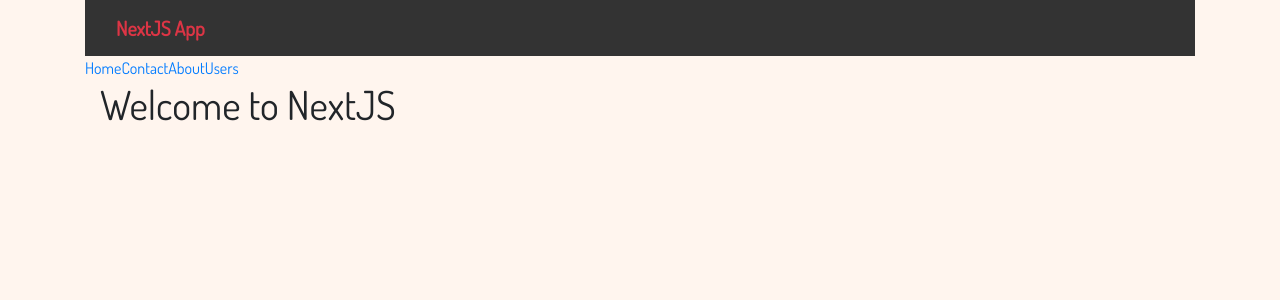
Repository: CaptainStorm21/NextJS-React16
Page: /
The author's editor kept a copy of each file at every save. The page is drawn from the files as they stood at one save, then again after the next save.
The browser window is 1280 px wide. The pictures show the whole page.
The page's requests for data from a server got no answer. The project was rebuilt for these pictures with package versions that can differ from the ones it lists, and the page was loaded fresh each time. The framework's server and built-in components were replaced by stand-ins that run in the browser. No one was signed in, and anything a server would have sent is missing. Also part of the build but not shown: styles/main.css.

Above is the page before, as saved 2020-06-10 17:35:25.

### pages/index.js
import React, { Component } from "react";
import axios from "axios";
import MainLayout from "../components/layouts/MainLayout";
// import '../styles/main.css'
import MyStyle from '../styles/main.css';

export default class Home extends Component {
  static async getInitialProps({ pathname, query, asPath, req, res }) {
    let userData;

    try {
      const response = await axios.get(
        "http://jsonplaceholder.typicode.com/users/1"
      );
      userData = response.data;
      // console.log('getting loaded first')
      // console.log(userData)
    } catch {
      console.log("error");
    }
    // const request = axios.get('http://jsonplaceholder.typicode.com/users/1')
    //   .then(response => {
    //                             console.log(response.data)
    //                           })
    // console.log(context);

    console.log(pathname);
    console.log(res);
    console.log(req);

    return {
      user: {
        name: "Francis",
        lastName: "Medici",
      },
      userData,
    };
  }
  constructor(props) {
    super(props);
    // console.log("constructor");
    console.log(this.props.user);
    this.state = {
      user: this.props.user,
      userData: this.props.userData,
    };
  }
  render() {
    console.log(this.props.user);
    console.log(this.state);
    return (
      <>
        <MainLayout>
          <h1 className={MyStyle.superAwesome}>Welcome to NextJS</h1>
        </MainLayout>
      </>
    );
  }
}

### components/layouts/MainLayout.js
import React from "react";
import Header from "../includes/Header";
import Head from "next/head";

const mainLayout = (props) => (
  <>
    <Head>
      <title>Welcomet NextJS App</title>
      <link href="#" rel="stylesheet" />
      <link
        href="https://fonts.googleapis.com/css2?family=Dosis&display=swap"
        rel="stylesheet"
      />
      <link
        href="https://cdnjs.cloudflare.com/ajax/libs/twitter-bootstrap/4.3.1/css/bootstrap.min.css"
        rel="stylesheet"
      />
      <link href="/static/css/styles.css" rel="stylesheet" />
    </Head>
    <div className="mainLayout container">
      <Header />
      <div className="container">{props.children}</div>
    </div>
  </>
);

export default mainLayout;

### components/includes/Header.js
import React, { Component } from "react";
import Link from "next/link";

const Header = () => (
  <>
    <header>
      <div className="container">
        <nav className="navbar navbar-expand-lg navbar-light">
          <Link href="/">
            <a className="navbar-brand">NextJS App</a>
          </Link>
        </nav>

        <div className="collapase navbar-collapse">
          <div className="navbar-nav">

          </div>
        </div>
      </div>
    </header>
    <nav>
      <Link href="/">
        <a>Home</a>
      </Link>
      <Link href="/contact">
        <a>Contact</a>
      </Link>
      <Link href="/about">
        <a>About</a>
      </Link>
      <Link href="/users">
        <a>Users</a>
      </Link>
    </nav>
  </>
);

export default Header;

### static/css/styles.css
.contact_static {
  color: green;
  background-color: yellow;
}

header {
  background: #333333;
}

header .navbar-brand {
  color: #dc3545 !important;
  font-weight: 900;
}

header .navbar-nav .nav-item {
  color: #ffffff !important;
}

body {
  font-family: "Dosis", sans-serif;
  background-color:  seashell;
}

After the next save:
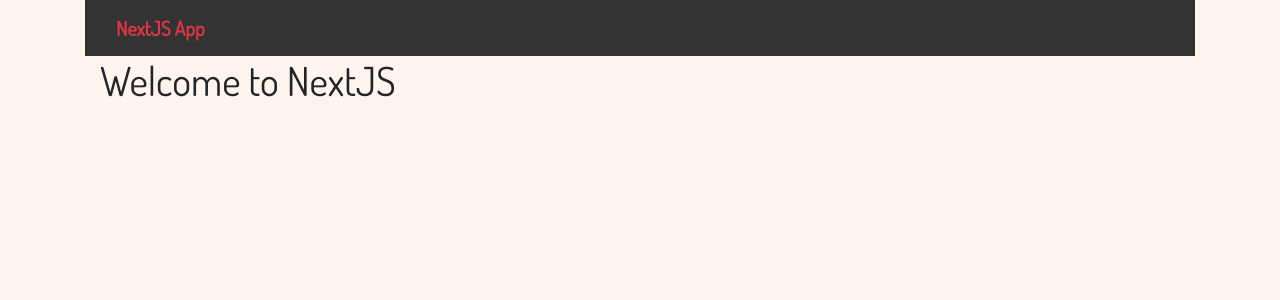
Saved 18 s later.
--- a/components/includes/Header.js
+++ b/components/includes/Header.js
@@ -19,7 +19,7 @@ const Header = () => (
       </div>
     </header>
     <nav>
-      <Link href="/">
+      {/* <Link href="/">
         <a>Home</a>
       </Link>
       <Link href="/contact">
@@ -30,7 +30,7 @@ const Header = () => (
       </Link>
       <Link href="/users">
         <a>Users</a>
-      </Link>
+      </Link> */}
     </nav>
   </>
 );
